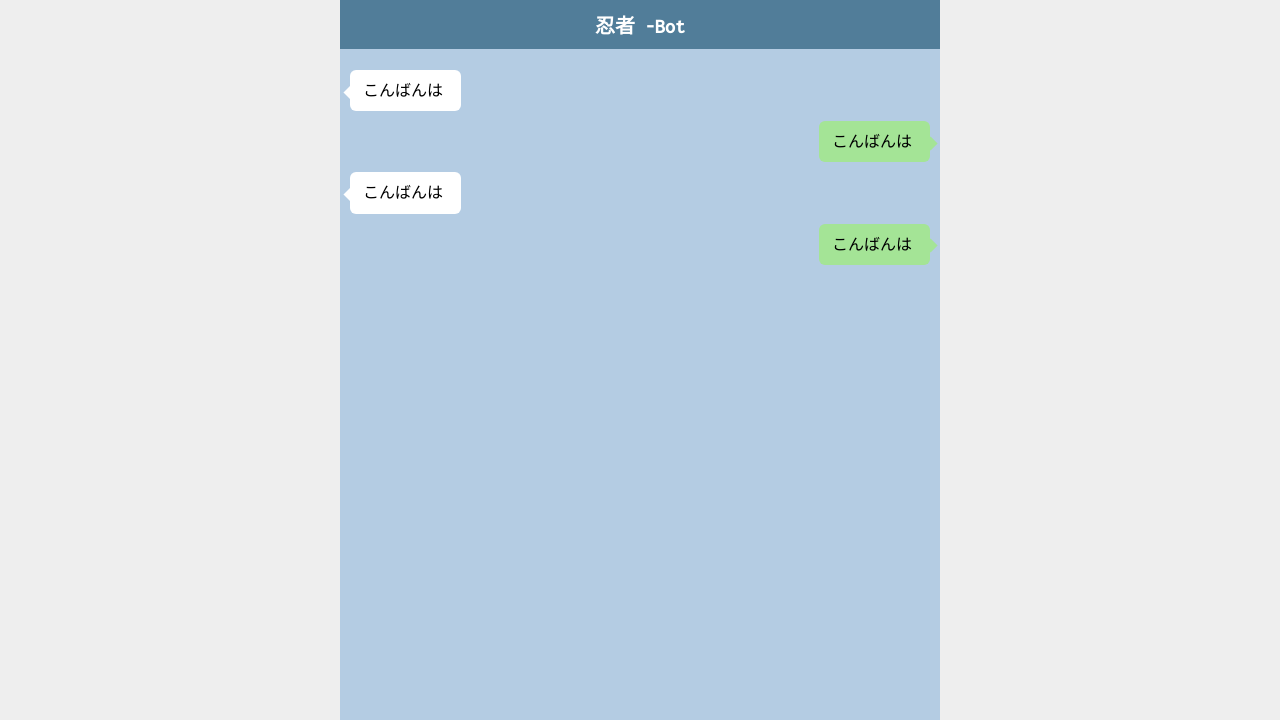
Repository: t0chan/bot
Page: index.html
An editor plug-in stored every save of this project. The page is shown before and after the next save, followed by the edit.
The browser window is 1280 px wide. The pictures show the whole page.

Above is the page before, as saved 2021-11-01 19:31:03.

### index.html
<!DOCTYPE html>
<html lang="ja">
<head>
    <meta charset="UTF-8">
    <meta http-equiv="X-UA-Compatible" content="IE=edge">
    <meta name="viewport" content="width=device-width, initial-scale=1.0">
    <link rel="preconnect" href="https://fonts.googleapis.com">
    <link rel="preconnect" href="https://fonts.gstatic.com" crossorigin>
    <link href="https://fonts.googleapis.com/css2?family=Inconsolata:wght@500&display=swap" rel="stylesheet">
    <link rel="stylesheet" href="style.css">
    <title>忍者bot</title>
</head>
<body>
   <div class="wrapper">
       <h1>忍者 -Bot</h1>

       <!-- 画面 -->
       <div id="chat-field">
           <ul id="chat-ul">
               <li>こんばんは</li>
               <li>こんばんは</li>
               <li>こんばんは</li>
               <li>こんばんは</li>
           </ul>
       </div>
       <!-- 入力場所、送信ボタン -->
       <div id="input-field">
           <ul id="select-list">
            <li>はい</li>
            <li>いいえ</li>
           </ul>
       </div>
   </div>
   <script src="https://code.jquery.com/jquery-3.5.0.js"></script>
   <script src="questions.js"></script>
   <script src="main.js"></script>
</body>
</html>

### style.css
* {
    margin: 0;
    padding: 0;
    list-style: none;
    box-sizing: border-box;
    font-family: -apple-system, BlinkMacSystemFont, "Helvetica Neue", YuGothic, "ヒラギノ角ゴ ProN W3", Hiragino Kaku Gothic ProN, Arial, "メイリオ", Meiryo, sans-serif;
}

body {
    background: #eee;
}

img {
    width: 100%;
    height: auto;
}

.wrapper {
    max-width: 600px;
    margin: 0 auto;
}
h1 {
    position: fixed;
    top: 0;
    left: 50%;
    transform: translateX(-50%);
    max-width: 600px;
    width: 100%;
    z-index: 10;
    padding: 10px 0;
    text-align: center;
    background: #517D99;
    color: #fff;
    font-size: 20px;
    font-family: 'Inconsolata', monospace;
}

#chat-field {
    height: 100vh;
    padding: 70px 0 140px 0;
    background: #b4cce3;
    overflow-x: hidden;
    overflow-y: scroll;
    -webkit-overflow-scrolling: touch;
}

/* スクロールバー消す */
#chat-field::-webkit-scrollbar {
    display: none;
}

#chat-ul {
    display: flex;
    flex-direction: column;
    padding-bottom: 50px;
}

#chat-ul li {
    background-color: #fff;
    position: relative;
    margin: 0 auto 10px 10px;
    word-wrap: break-word;
    display: inline-block;
    border-radius: 6px;
    min-height: 30px;
    max-width: 220px;
    padding: 7px 18px 7px 13px;
    line-height: 1.7em;

}
#chat-ul li::before {
    position: absolute;
    content: "";
    height: 10px;
    width: 10px;
    top: 50%;
    left: -8px;
    transform: rotate(45deg) translateY(-50%);
    background-color: #fff;

}

#chat-ul li:nth-child(even) {
    margin: 0 10px 10px auto;
    background-color: #a4e496;
}

#chat-ul li:nth-child(even)::before {
    background-color: #a4e496;
    left: calc(100% - 8px);
}

#input-field {
    position: fixed;
    width: 100vw;
    overflow: scroll;
    bottom: 35px;
    margin: 0 auto;
}

#select-list {
    display: flex;
    margin: 0 10px;
    transform: translateY(100%);
    width: max-content;
}

#select-list li {
    background-color: #686262;
    color: #fff;
    padding: 4px 13px 5px 13px;
    border-radius: 20px;
    margin-right: 8px;

}

#select-list li:last-child {
    margin-right: 0;
}

Loaded but not shown: main.js (no copy from this time; the picture is the same without it); questions.js (no copy from this time; the picture is the same without it)

After the next save:
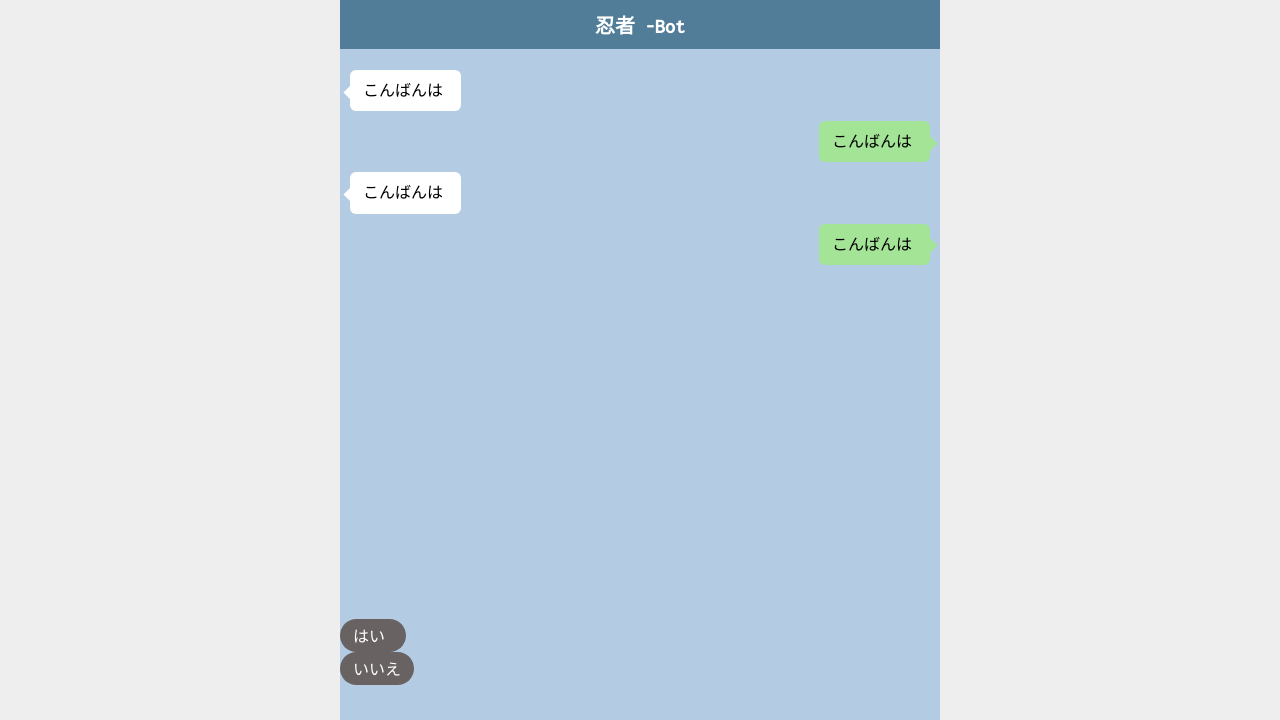
Saved 12 s later.
--- a/style.css
+++ b/style.css
@@ -99,9 +99,7 @@ h1 {
 }
 
 #select-list {
-    display: flex;
-    margin: 0 10px;
-    transform: translateY(100%);
+
     width: max-content;
 }
 
